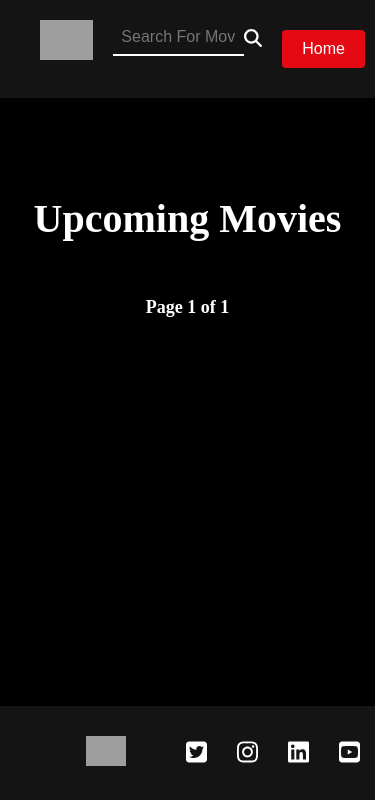
Repository: philh4420/MovieDB-2
Page: /
An editor plug-in stored every save of this project. The page is shown before and after the next save, followed by the edit.
The browser window is 375 px wide. The pictures show the whole page.
Pictures or frames that could not be fetched are drawn as grey boxes. The page's requests for data from a server got no answer. The project was rebuilt for these pictures with package versions that can differ from the ones it lists, and the page was loaded fresh each time. No one was signed in, and anything a server would have sent is missing. Also part of the build but not shown: webpack.config.js, src/components/SearchResults.js, src/components/MovieDetails.js, src/components/CastDetails.css, src/components/CastDetails.js, src/components/TVShowDetails.css, src/components/TvShowDetails.js, src/App.css.

Above is the page before, as saved 2023-06-21 19:48:04.

After the next save:
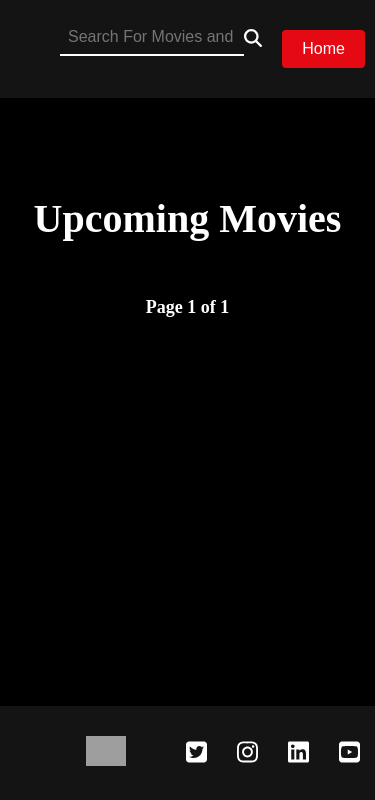
Saved 27 s later.
--- a/src/components/Header.css
+++ b/src/components/Header.css
@@ -120,8 +120,7 @@
   }
 
   .header__logo {
-    width: 20%;
-    margin-bottom: 0.625rem;
+    display: none !important;
   }
 
   .header__search {
